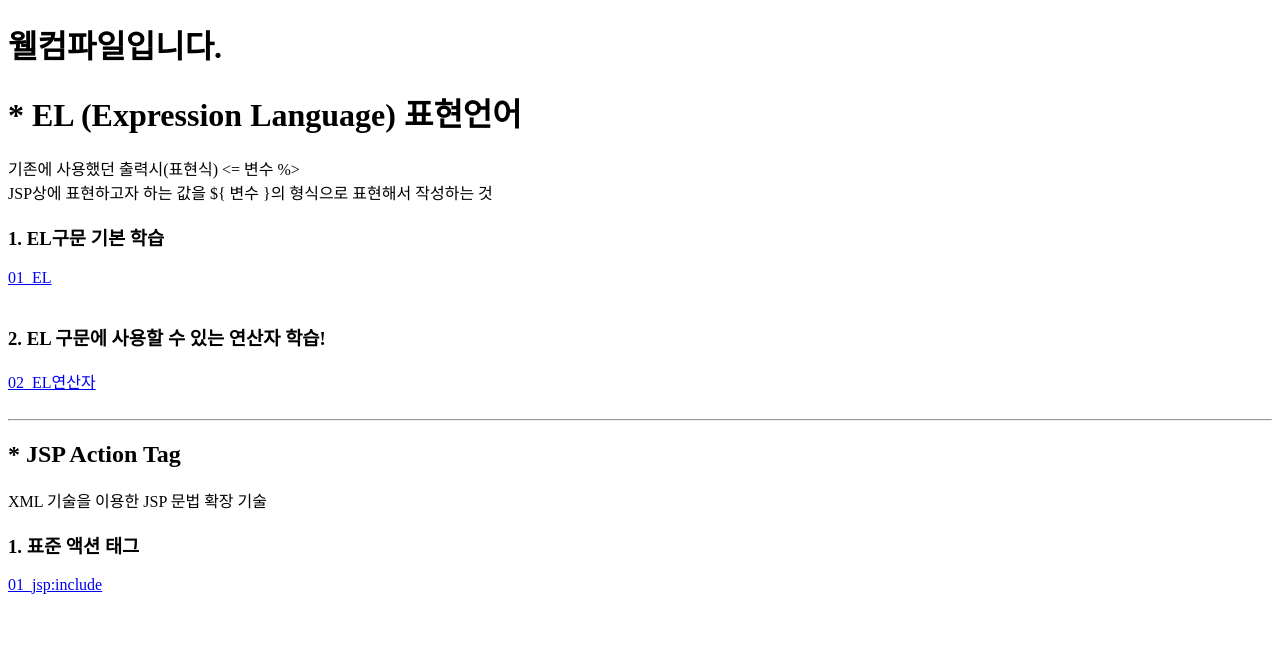
Repository: judeyong/myWebWorkSpace2
Page: http://localhost/Action_Project/
An editor plug-in stored every save of this project. The page is shown before and after the next save, followed by the edit.
The browser window is 1280 px wide. The pictures show the whole page.
The page is served by Tomcat 9.

Above is the page before, as saved 2024-04-03 03:37:11.

After the next save:
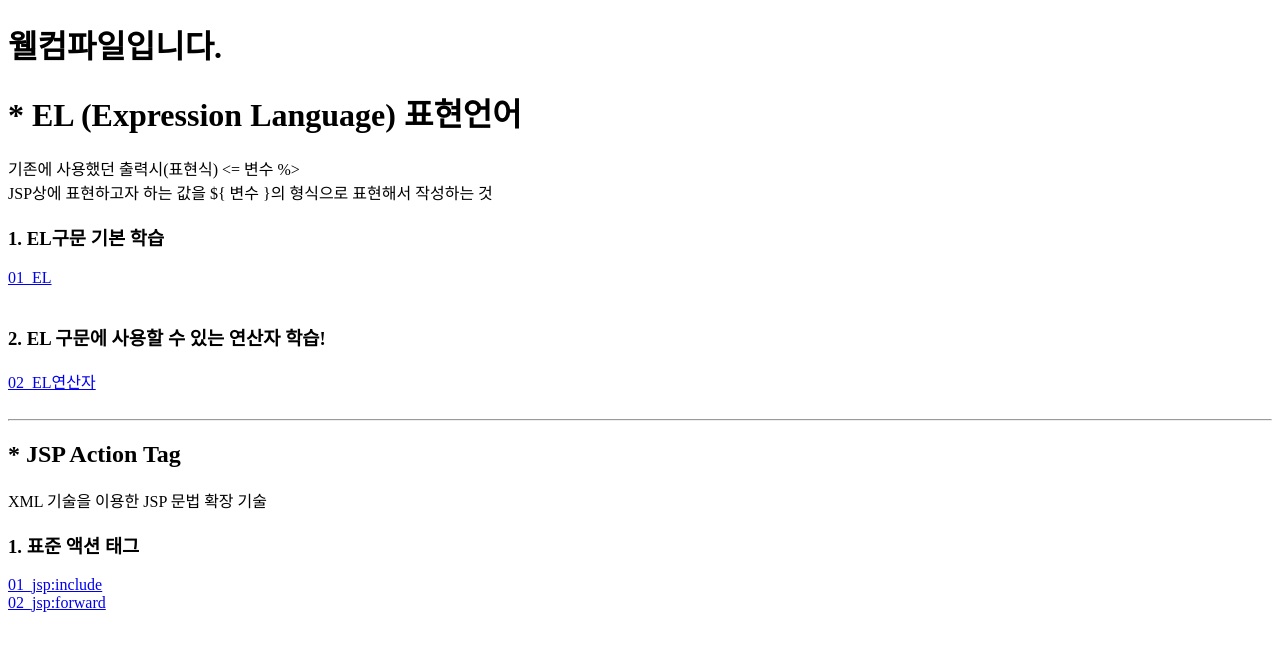
Saved 98 s later.
--- a/Action_Project/WebContent/index.jsp
+++ b/Action_Project/WebContent/index.jsp
@@ -52,10 +52,9 @@
 
 	<a href="views/StandardAction/01_include.jsp">01_jsp:include</a>
 
-
 	<br>
 
-
+	<a href="views/StandardAction/02_forward.jsp">02_jsp:forward</a>
 
 
 
